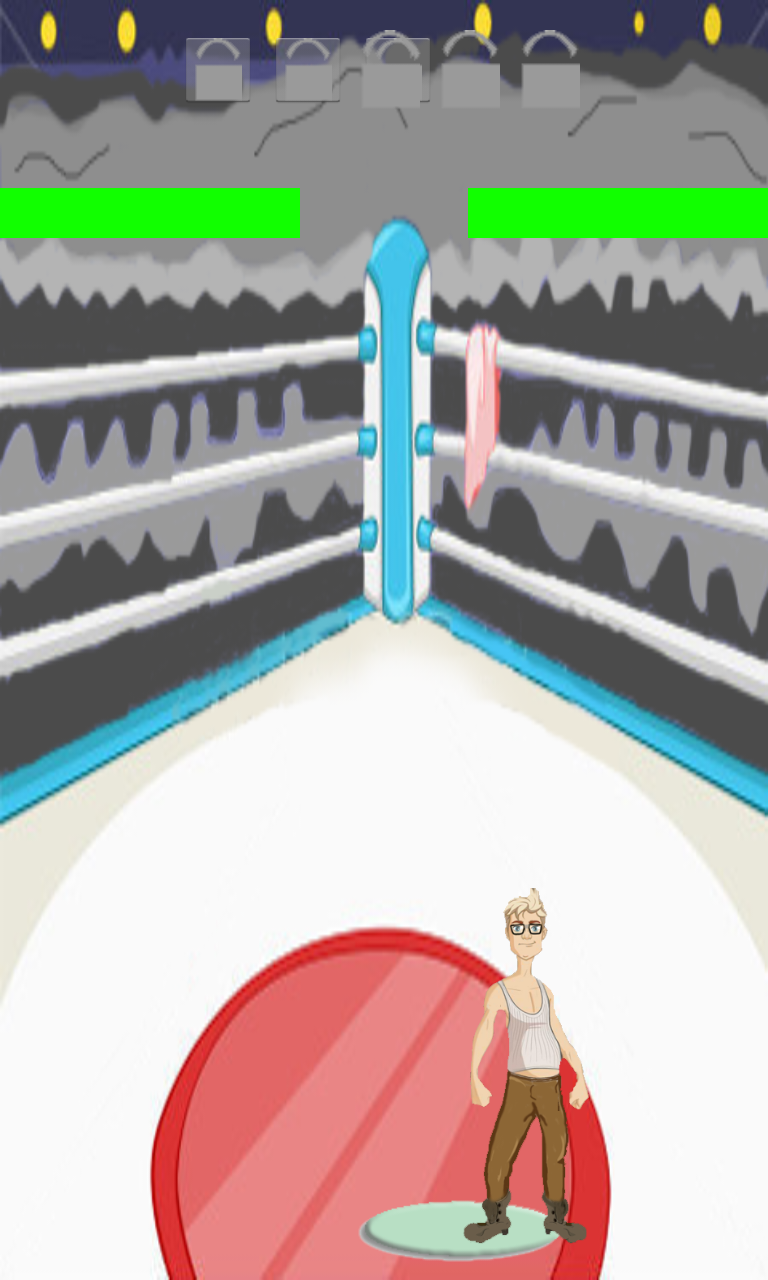
Repository: KrzysztofWolinski/WiesFight_Project
Layout: WiesFight/res/layout/activity_fight.xml
These files come from the project's save history. The layout is drawn as it stood at one moment and after the next save; the edit follows.
It is drawn on a 768 x 1280 px phone screen (xhdpi) without system bars, with theme AppTheme; the app's code is not run. The app's manifest (not shown) leaves right-to-left support off. So textAlignment, textDirection and layoutDirection are ignored, and left and right values win over start and end ones.

Above is the layout before, as saved 2015-01-20 15:28:41.

After the next save:
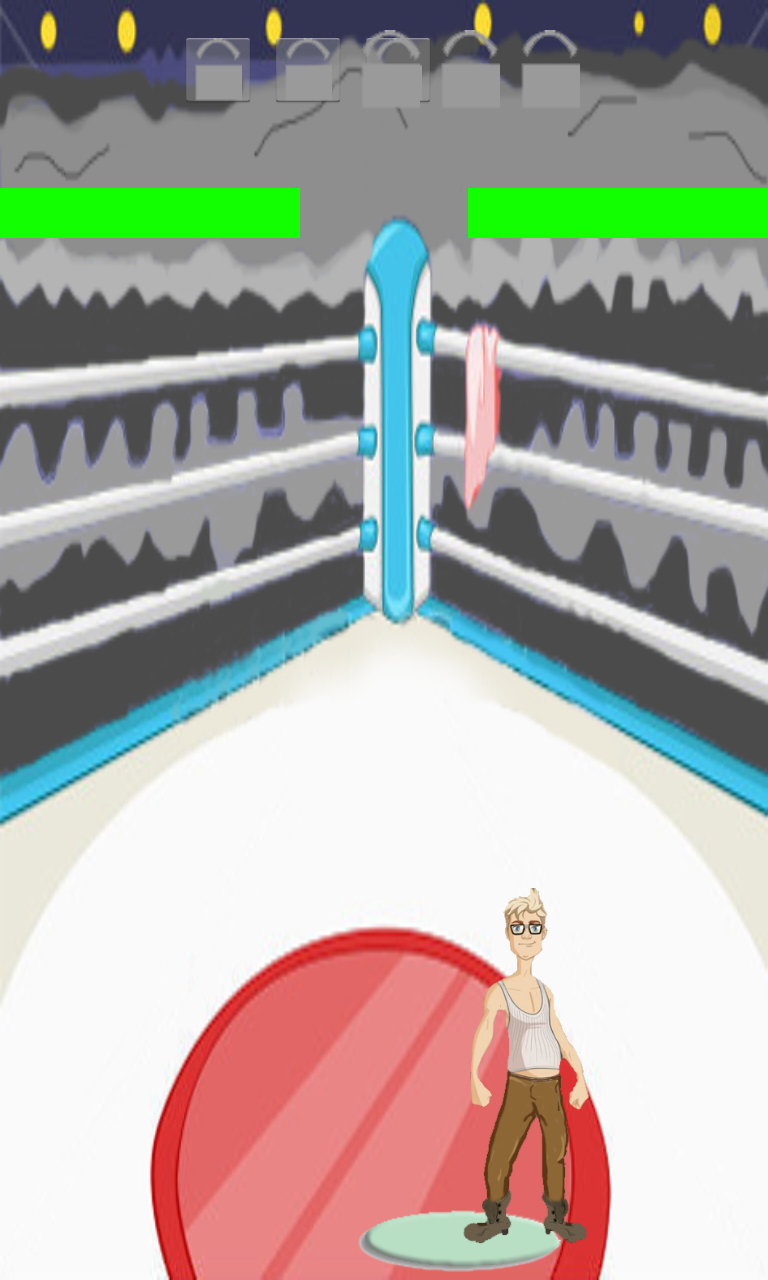
Saved 8 s later.
--- a/WiesFight/res/layout/activity_fight.xml
+++ b/WiesFight/res/layout/activity_fight.xml
@@ -39,7 +39,7 @@
         android:id="@+id/opponentMarker"
         android:layout_width="wrap_content"
         android:layout_height="wrap_content"
-        android:layout_marginBottom="-10dp"
+        android:layout_marginBottom="-15dp"
         android:layout_alignBottom="@+id/opponentCharacter"
         android:layout_alignLeft="@+id/opponentCharacter"
         android:contentDescription="@string/desc"
